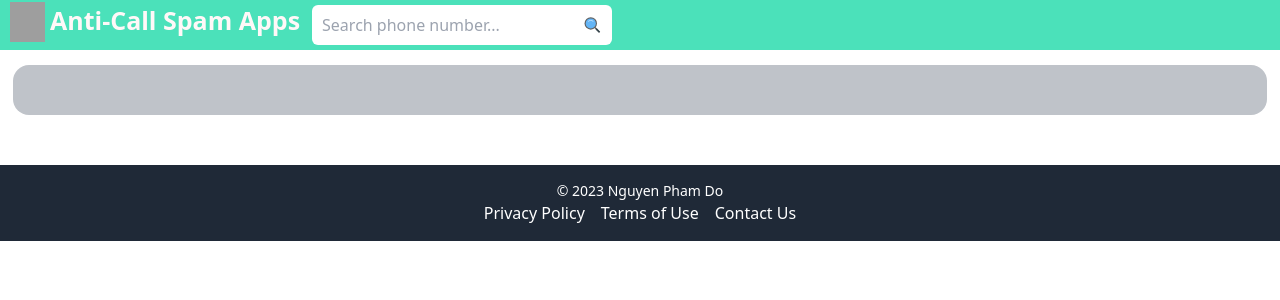
Repository: NPham1402/Web-user-callSpamBlocker
Page: /detail
The author's editor kept a copy of each file at every save. The page is drawn from the files as they stood at one save, then again after the next save.
The browser window is 1280 px wide. The pictures show the whole page.
Pictures or frames that could not be fetched are drawn as grey boxes. The project was rebuilt for these pictures with package versions that can differ from the ones it lists, and the page was loaded fresh each time. The framework's server and built-in components were replaced by stand-ins that run in the browser. Also part of the build but not shown: next.config.js.

Above is the page before, as saved 2023-02-09 22:04:19.

After the next save:
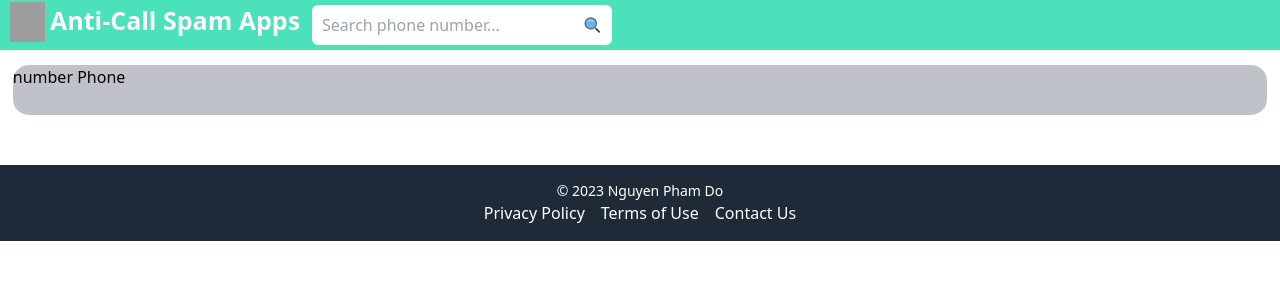
Saved 2 h 14 min later.
--- a/pages/detail.js
+++ b/pages/detail.js
@@ -33,7 +33,9 @@ function detail() {
             <FcSearch className="text-[20px] cursor-pointer" />
           </div>
         </div>
-        <div className="w-[98%] my-[15px] rounded-[16px] mx-auto h-[50px] bg-[#bfc3c9]"></div>
+        <div className="w-[98%] my-[15px] rounded-[16px] mx-auto h-[50px] bg-[#bfc3c9]">
+          <p>number Phone</p>
+        </div>
       </main>
       <footer class="bg-gray-800 mt-[50px] text-white py-4">
         <div class="container mx-auto">
